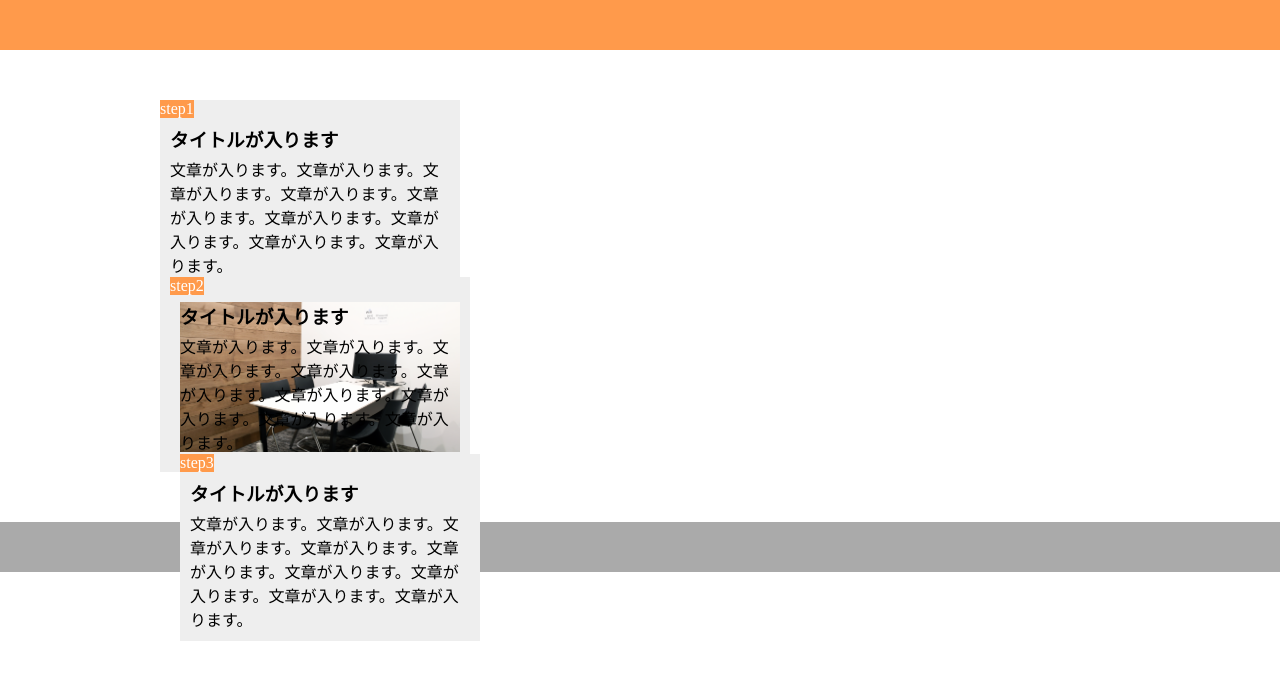
Repository: uchinokana/git-practiced
Page: 課題提出/sample.html
The author's editor kept a record of every edit. The page is drawn from the files as they stood at one moment, then again after the next edit.
The browser window is 1280 px wide. The pictures show the whole page.

Above is the page before.

After the next edit:
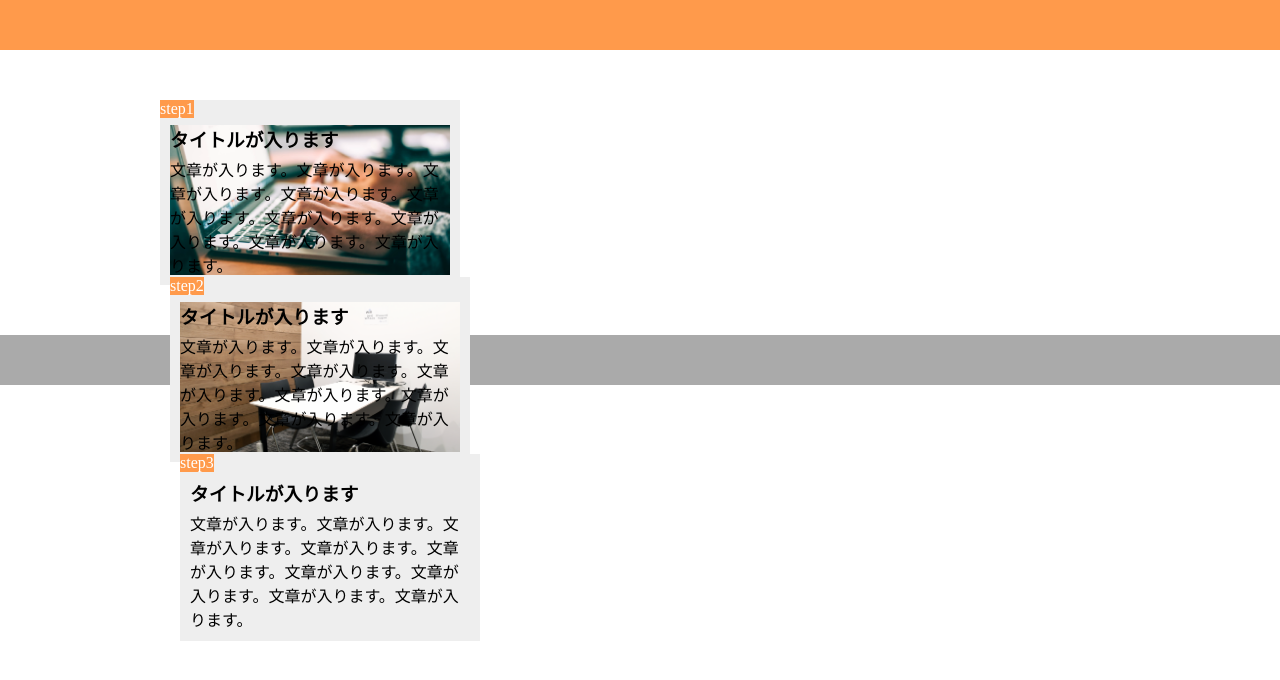
The edit:
--- a/課題提出/sample.html
+++ b/課題提出/sample.html
@@ -10,7 +10,7 @@
     </header>
     <main>
       <div class="step-box">
-        <div id="step-img1"><div/>
+        <div class="step-img1"><div/>
         <span class="step-num">step1</span>
         <h3 class="title">タイトルが入ります</h3>
         <p class="text">
